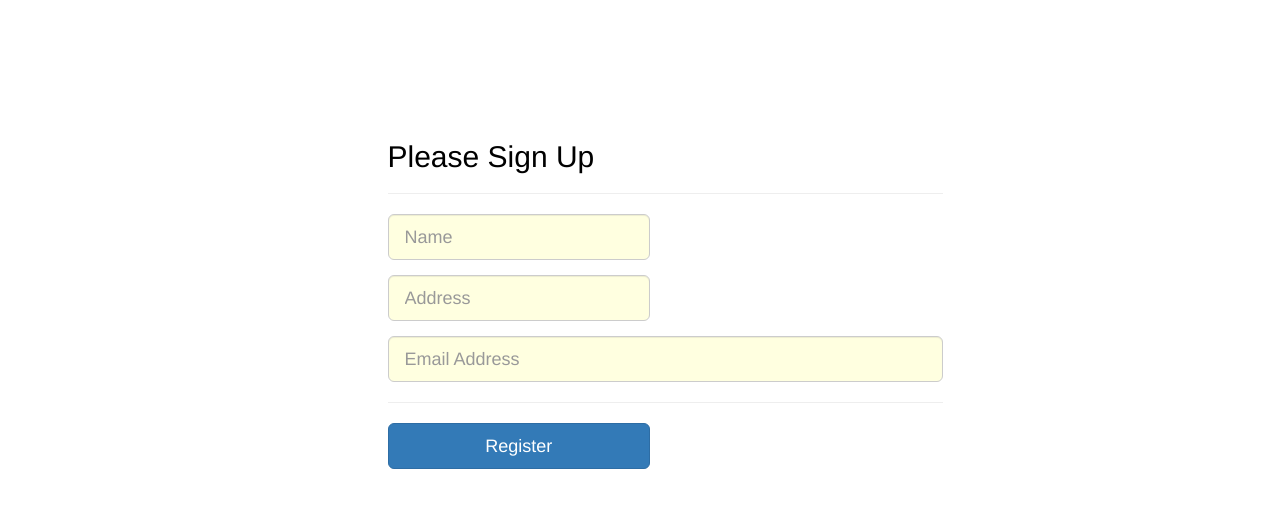
Repository: 123poornima/UpdatedSecondProject
Page: frontendPro/WebContent/_user/register.html
An editor plug-in stored every save of this project. The page is shown before and after the next save, followed by the edit.
The browser window is 1280 px wide. The pictures show the whole page.

Above is the page before, as saved 2017-01-10 05:59:21.

### frontendPro/WebContent/_user/register.html
<!DOCTYPE html>
<html>
<head>
<meta charset="ISO-8859-1">
<link rel="stylesheet" href="http://maxcdn.bootstrapcdn.com/bootstrap/3.3.7/css/bootstrap.min.css">

<!-- jQuery library -->
<script src="https://ajax.googleapis.com/ajax/libs/jquery/1.12.4/jquery.min.js"></script>

<!-- Latest compiled JavaScript -->
<script src="http://maxcdn.bootstrapcdn.com/bootstrap/3.3.7/js/bootstrap.min.js"></script>
<title>Insert title here</title>
</head>
<body>

<!-- Registration code -->
<div class="container" >



   <div class="container" style="align:center; margin: 120px 0px 0px 10px">
   <div class="row">
    <div class="col-xs-12 col-sm-8 col-md-6 col-sm-offset-2 col-md-offset-3">





       <h2 style="color:#000000;align:center">Please Sign Up</h2>
		<hr class="colorgraph">
       <div class="row">
				<div class="col-xs-12 col-md-6">
					<div class="form-group" >
                        <input style="background-color:#FFFFE0" required="true" ng-model="user.username" path="name" type="text" name="name" class="form-control input-lg" placeholder="Name" tabindex="1" />
					</div>
				</div>

			</div>


			<div class="row">
				<div class="col-xs-12 col-sm-6 col-md-6">
					<div class="form-group">
						<input style="background-color:#FFFFE0" path="address" required="true"  type="password" ng-model="user.password" name="password" class="form-control input-lg" placeholder="Address" tabindex="3" />
					</div>
				</div>


			</div>
			<div class="form-group">
				<input style="background-color:#FFFFE0" required="true"  path="mailId" type="email" name="email" id="email" class="form-control input-lg" placeholder="Email Address" tabindex="5" />
			</div>
			<!-- <div class="row">
				<div class="col-xs-4 col-sm-3 col-md-3">
					<span class="button-checkbox">
						<button type="button" class="btn" data-color="info" tabindex="7">I Agree</button>
                        <input type="checkbox" name="t_and_c" id="t_and_c" class="hidden" value="1">
					</span>
				</div>

			</div> -->

			<hr class="colorgraph">
			<div class="row">
				<div class="col-xs-12 col-md-6"><input type="submit" value="Register" class="btn btn-primary btn-block btn-lg" tabindex="6" ></div>

			</div>

      </div>
       </div>
    </div>
   </div>
<!-- <form>
<table>
<tr><td>Username</td><td><input type="text" ng-model="user.username"></td></tr>
<tr><td>password</td><td><input type="password" ng-model="user.password"></td></tr>
<tr><td>email</td><td><input type="text" ng-model="user.email"></td></tr>



<tr><td>Select role</td><td>
<input type="radio" ng-model="user.role" value="STUDENT">Student
<input type="radio" ng-model="user.role" value="ALUMNI">Alumni
<input type="radio" ng-model="user.role" value="EMPLOYEE">Employee</td>
</tr>

<tr><td><input type="submit" ng-click="registerUser()" value="Register"></td></tr>


</table>

</form>
{{errorMessage}} -->
</body>
</html>

After the next save:
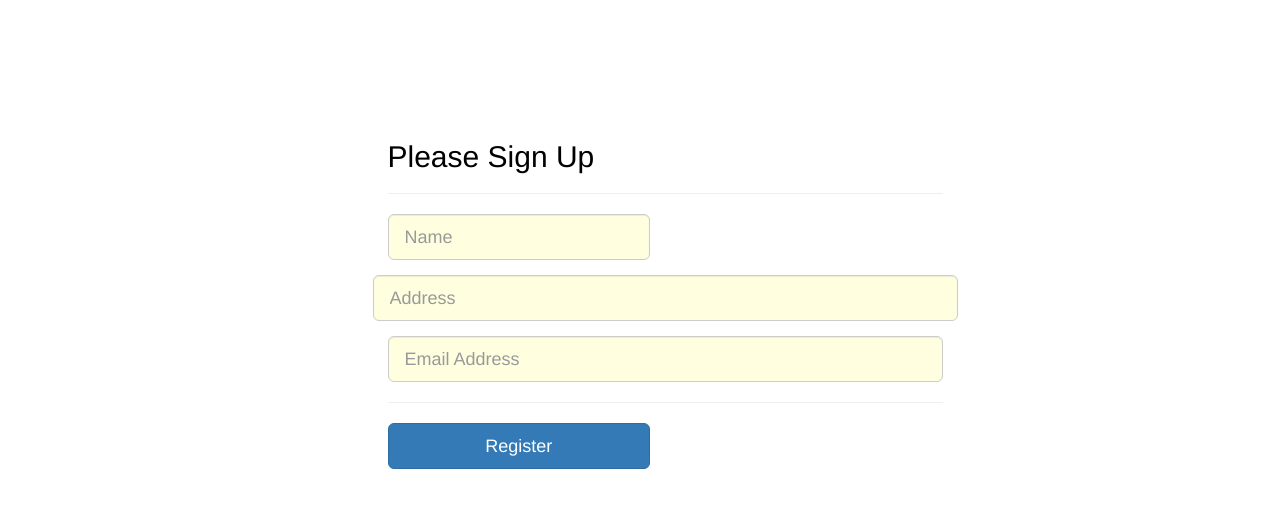
Saved 61 s later.
--- a/frontendPro/WebContent/_user/register.html
+++ b/frontendPro/WebContent/_user/register.html
@@ -39,11 +39,11 @@
 
 
 			<div class="row">
-				<div class="col-xs-12 col-sm-6 col-md-6">
+
 					<div class="form-group">
 						<input style="background-color:#FFFFE0" path="address" required="true"  type="password" ng-model="user.password" name="password" class="form-control input-lg" placeholder="Address" tabindex="3" />
 					</div>
-				</div>
+
 
 
 			</div>
